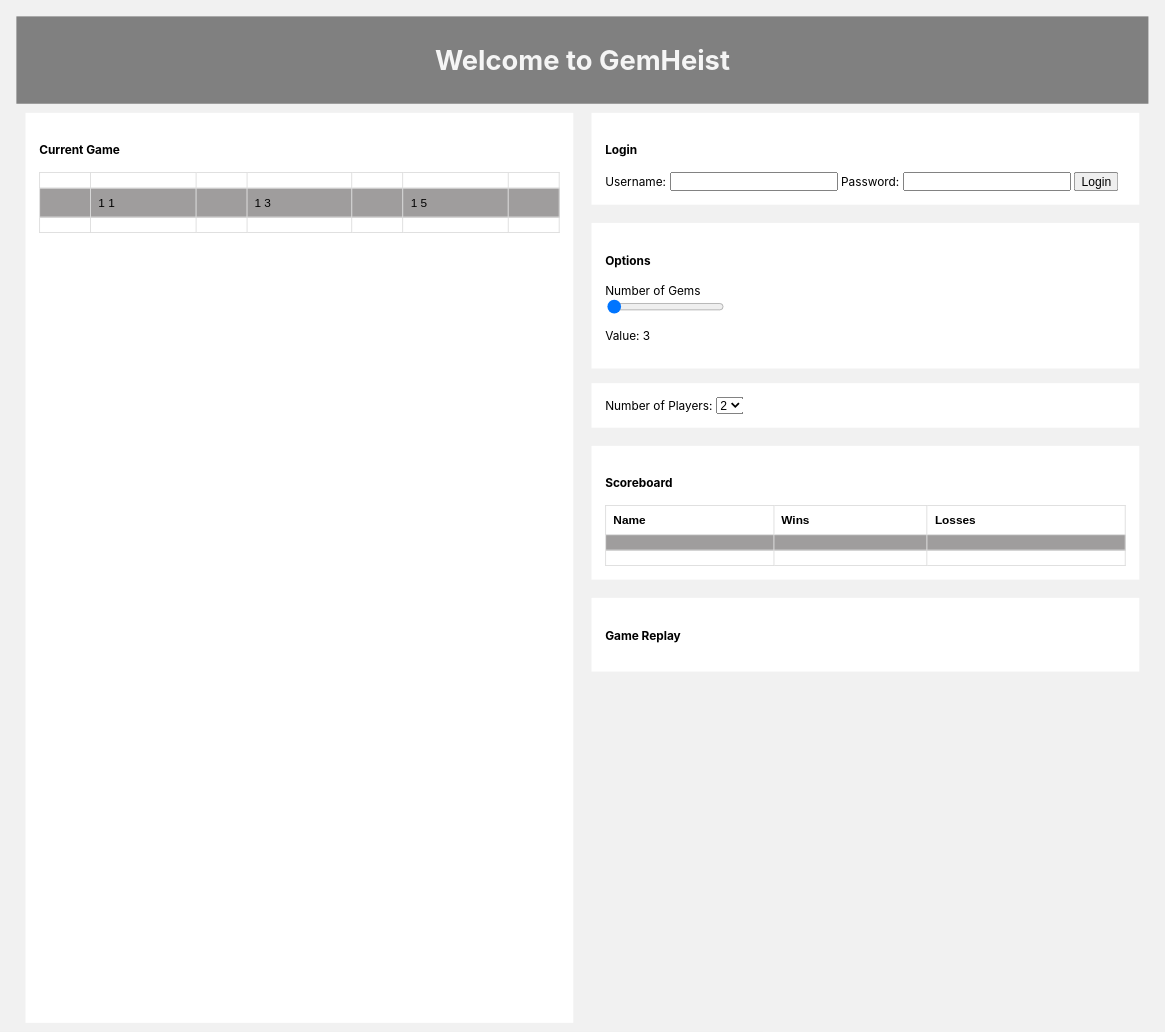
Repository: komalharjani/Gem-Heist
Page: board.html
An editor plug-in stored every save of this project. The page is shown before and after the next save, followed by the edit.
The browser window is 1280 px wide. The pictures show the whole page, at 91% of full size.

Above is the page before, as saved 2020-04-05 20:27:02.

After the next save:
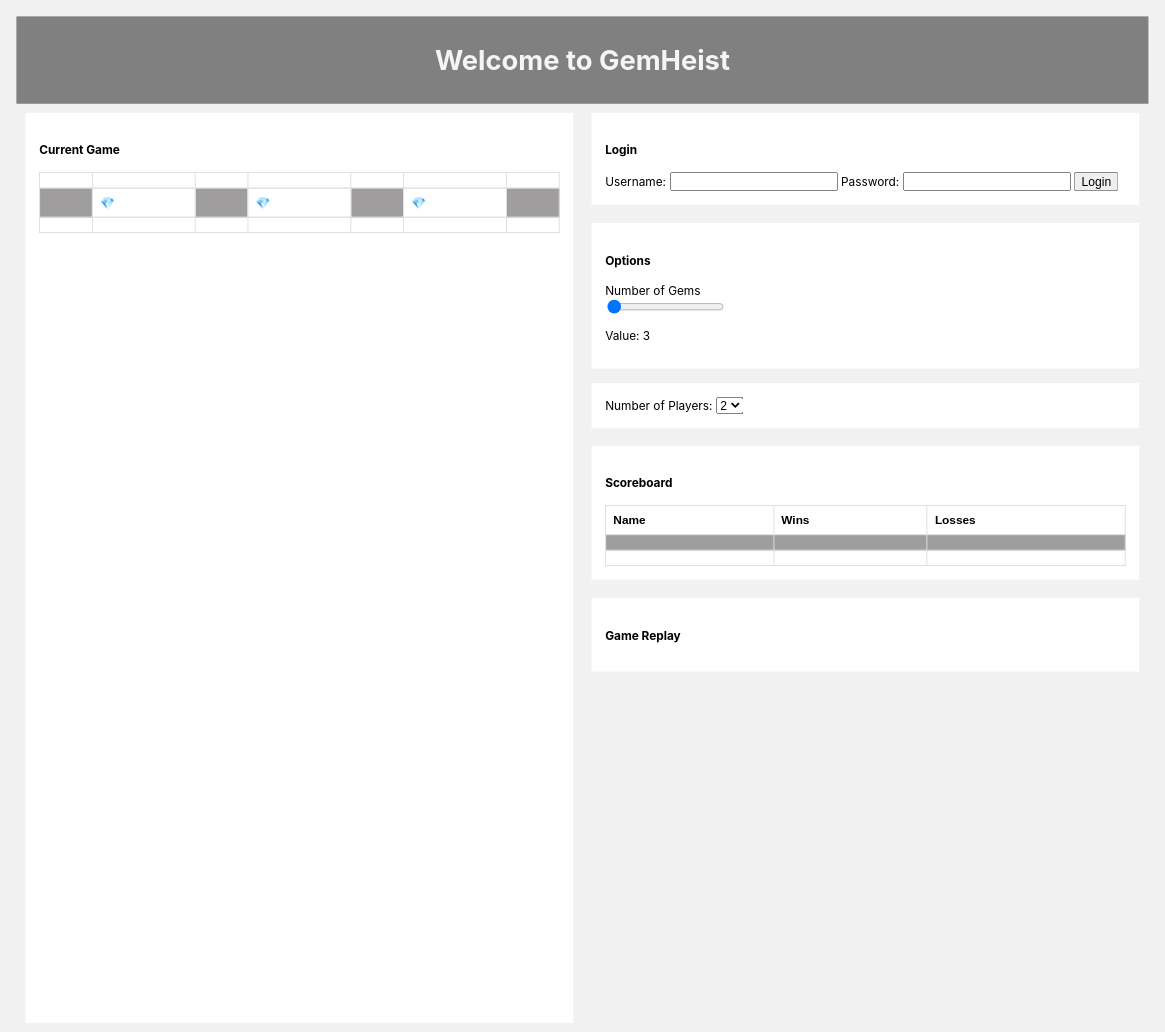
Saved 27 s later.
--- a/model_Board.js
+++ b/model_Board.js
@@ -32,12 +32,12 @@ function drawBoard() {
             if (j % 2 && i % 2) { //identify gem cells
                 console.log(i,j);
                 cell.innerHTML = i +" " + j;
-            //     cell.innerHTML = gemChar;
-            //     cell.className = "gem";
+            cell.innerHTML = gemChar;
+            cell.className = "gem";
             }
-            // else if (j % 2 || i % 2) { //identify alarm cells
+            else if (j % 2 || i % 2) { //identify alarm cells
             //     cell.className = "alarm";
-            // }
+            }
             row.appendChild(cell);
         }
         table.appendChild(row);
